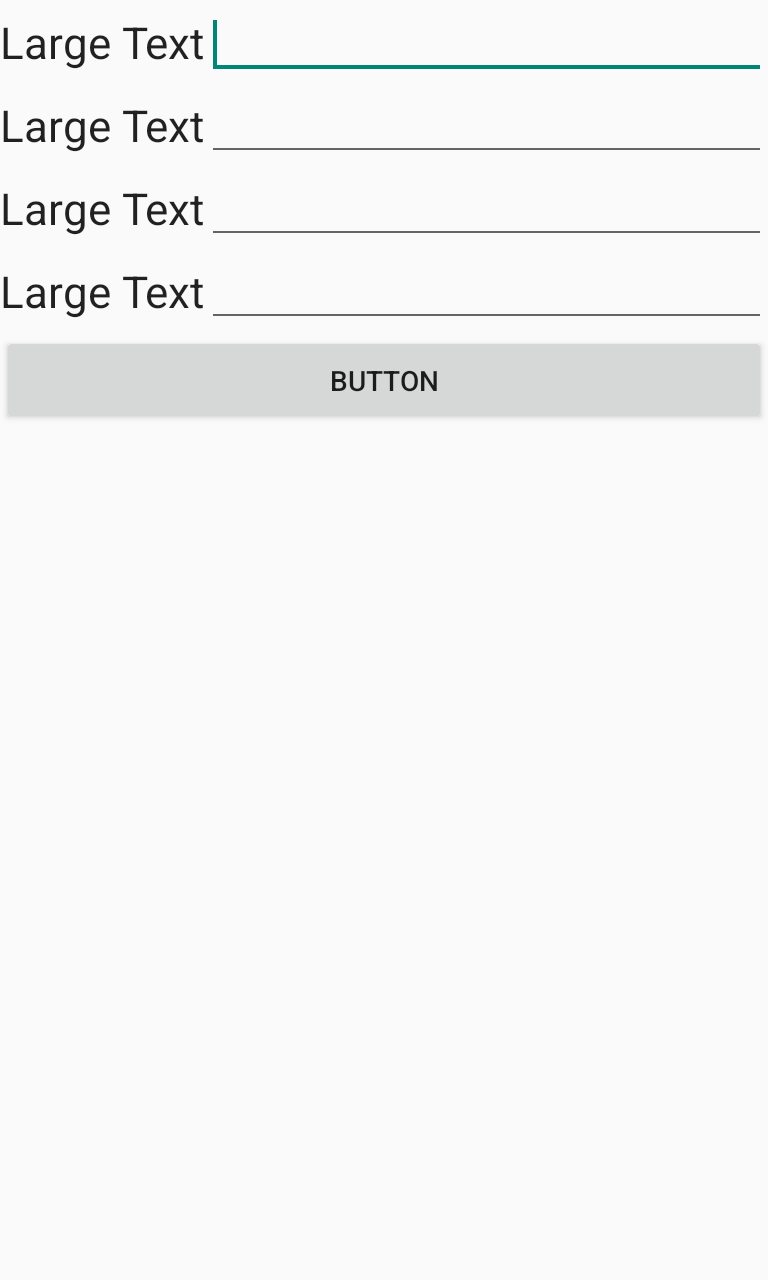
Repository: charlesweng/school
Layout: simpleandroidapps/GettingToKnowUIActivities/charleswengScoringProject/charleswengScoring/res/layout/fragment_teamdialog.xml
The author's editor kept a copy of each file at every save. The layout is drawn from the files as they stood at one save, then again after the next save.
It is drawn on a 768 x 1280 px phone screen (xhdpi) without system bars, with theme AppTheme; the app's code is not run.

Above is the layout before, as saved 2014-04-26 08:38:09.

### simpleandroidapps/GettingToKnowUIActivities/charleswengScoringProject/charleswengScoring/res/layout/fragment_teamdialog.xml
<?xml version="1.0" encoding="utf-8"?>
<RelativeLayout xmlns:android="http://schemas.android.com/apk/res/android"
    android:layout_width="match_parent"
    android:layout_height="match_parent"
    android:orientation="vertical" >

    <TextView
        android:id="@+id/team1name"
        android:layout_width="wrap_content"
        android:layout_height="wrap_content"
        android:layout_alignParentTop="true"
        android:layout_alignParentLeft="true"
        android:layout_alignBaseline="@+id/editTeam1"
        android:text="Large Text"
        android:textAppearance="?android:attr/textAppearanceLarge" />

    <TextView
        android:id="@+id/team2name"
        android:layout_width="wrap_content"
        android:layout_height="wrap_content"
        android:layout_below="@+id/team1name"
        android:layout_alignBaseline="@+id/editTeam2"
        android:layout_alignParentLeft="true"
        android:text="Large Text"
        android:textAppearance="?android:attr/textAppearanceLarge" />

    <TextView
        android:id="@+id/team1score"
        android:layout_width="wrap_content"
        android:layout_height="wrap_content"
        android:layout_below="@+id/team2name"
        android:layout_alignBaseline="@+id/editScore1"
        android:layout_alignParentLeft="true"
        android:text="Large Text"
        android:textAppearance="?android:attr/textAppearanceLarge" />

    <TextView
        android:id="@+id/team2score"
        android:layout_width="wrap_content"
        android:layout_height="wrap_content"
        android:layout_below="@+id/team1score"
        android:layout_alignBaseline="@+id/editScore2"
        android:layout_alignParentLeft="true"
        android:text="Large Text"
        android:textAppearance="?android:attr/textAppearanceLarge" />

    <EditText
        android:id="@+id/editTeam1"
        android:layout_width="fill_parent"
        android:layout_height="wrap_content"
        android:layout_alignParentRight="true"
        android:layout_alignParentTop="true"
        android:layout_toRightOf="@+id/team1name"
        android:ems="10" >
        <requestFocus />
    </EditText>

    <EditText
        android:id="@+id/editTeam2"
        android:layout_width="fill_parent"
        android:layout_height="wrap_content"
        android:layout_alignParentRight="true"
        android:layout_below="@+id/editTeam1"
        android:layout_toRightOf="@+id/team2name"
        android:ems="10" >
    </EditText>

    <EditText
        android:id="@+id/editScore1"
        android:layout_width="fill_parent"
        android:layout_height="wrap_content"
        android:layout_alignParentRight="true"
        android:layout_below="@+id/editTeam2"
        android:layout_toRightOf="@+id/team1score"
        android:ems="10" >
    </EditText>

    <EditText
        android:id="@+id/editScore2"
        android:layout_width="fill_parent"
        android:layout_height="wrap_content"
        android:layout_alignParentRight="true"
        android:layout_below="@+id/editScore1"
        android:layout_toRightOf="@+id/team2score"
        android:ems="10" >
    </EditText>

    <Button
        android:id="@+id/button1"
        android:layout_width="fill_parent"
        android:layout_height="wrap_content"
        android:layout_below="@+id/editScore2"
        android:layout_centerHorizontal="true"
        android:text="Button" />

</RelativeLayout>

Loaded but not shown: simpleandroidapps/GettingToKnowUIActivities/charleswengScoringProject/charleswengScoring/res/values/styles.xml (common file); simpleandroidapps/GettingToKnowUIActivities/charleswengScoringProject/charleswengScoring/res/values-v11/styles.xml (common file); simpleandroidapps/GettingToKnowUIActivities/charleswengScoringProject/charleswengScoring/res/values-v14/styles.xml (common file)

After the next save:
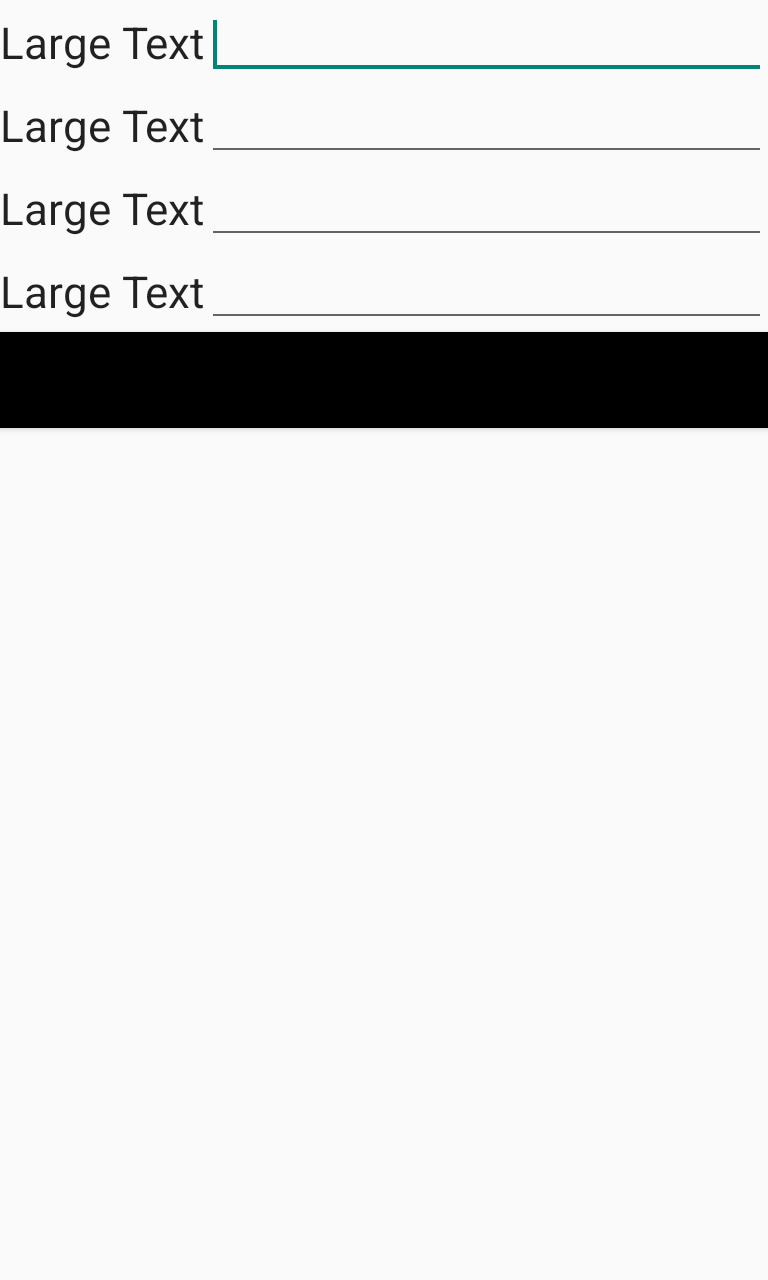
Saved 17 s later.
--- a/simpleandroidapps/GettingToKnowUIActivities/charleswengScoringProject/charleswengScoring/res/layout/fragment_teamdialog.xml
+++ b/simpleandroidapps/GettingToKnowUIActivities/charleswengScoringProject/charleswengScoring/res/layout/fragment_teamdialog.xml
@@ -91,6 +91,7 @@
         android:layout_height="wrap_content"
         android:layout_below="@+id/editScore2"
         android:layout_centerHorizontal="true"
-        android:text="Button" />
+        android:text="Button"
+        android:background="#000"/>
 
 </RelativeLayout>
